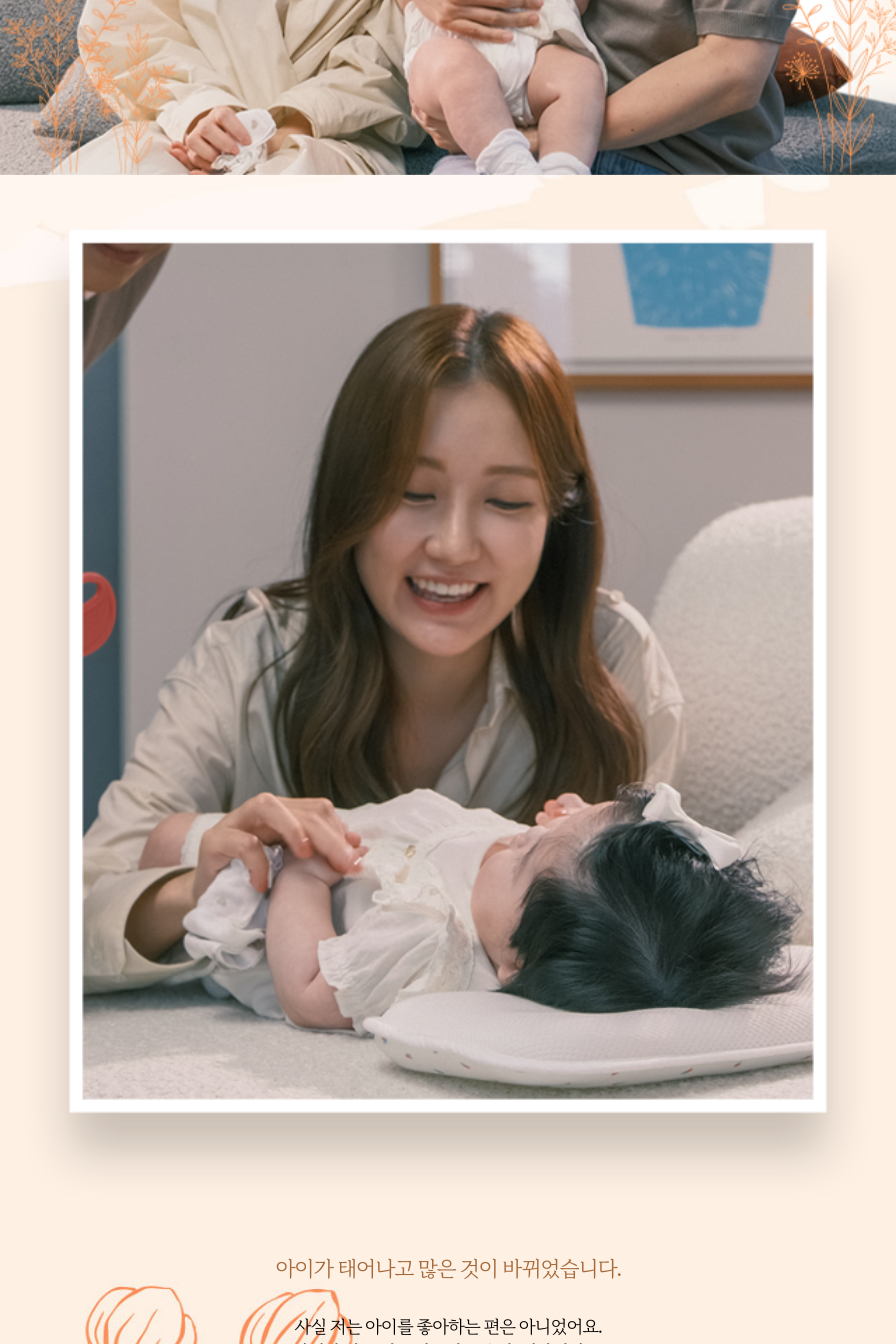
Repository: dlgywls1130/saveTheChildren_2024
Page: index.html
An editor plug-in stored every save of this project. The page is shown before and after the next save, followed by the edit.
The browser window is 1280 px wide. The pictures show the part of the page from y = 2707 to 4627 px (the page is 18760 px tall before and 18860 px after), at 70% of full size.
Some web fonts or font styles are not loaded; a fallback is used. The style sheet was rebuilt from its Sass, Less or Tailwind sources for each picture, by a compiler version that may differ from the author's.

Above is the page before, as saved 2024-11-03 23:53:10.

After the next save:
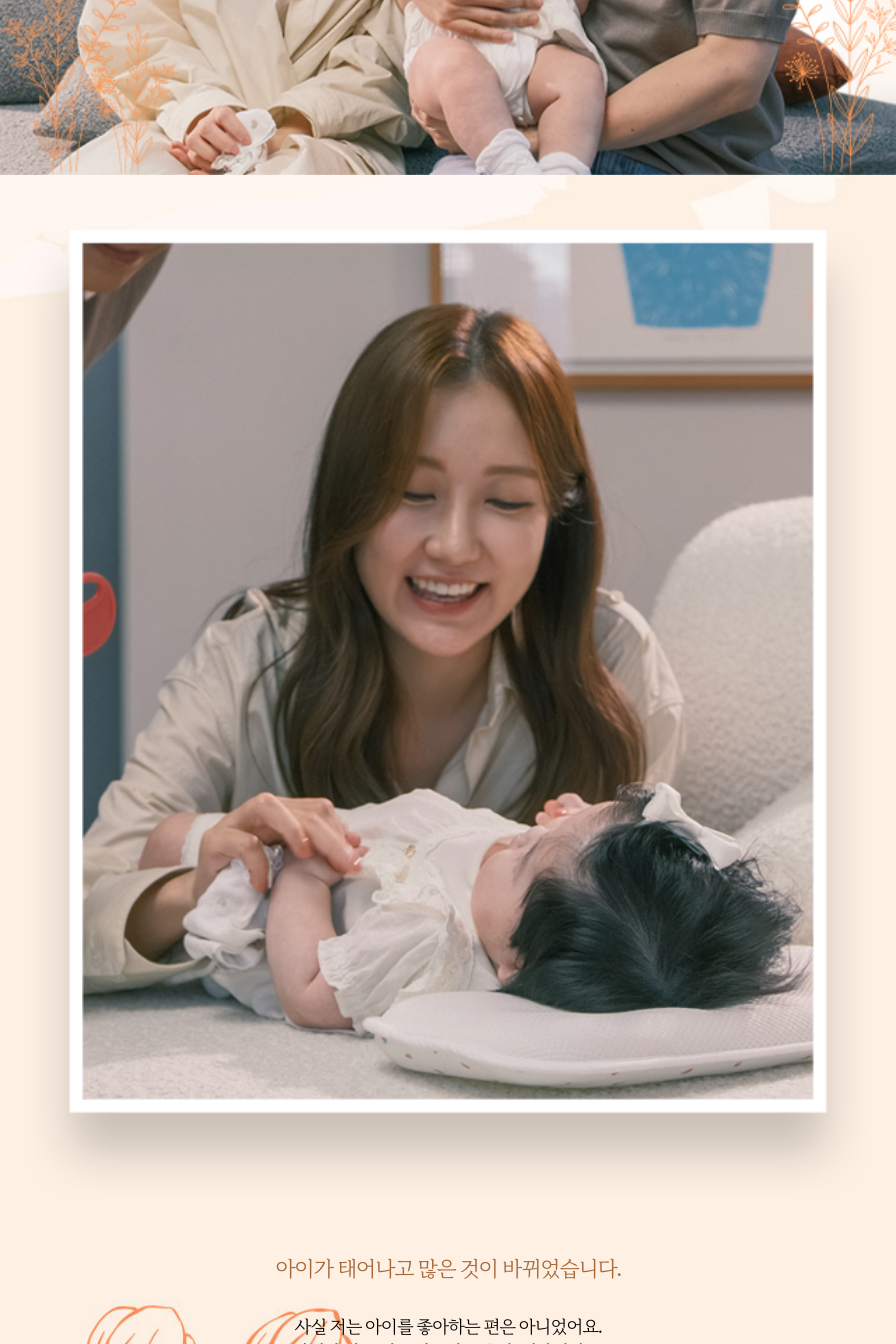
Saved 26 s later.
--- a/index.html
+++ b/index.html
@@ -232,7 +232,7 @@
                         증정하고 있습니다.
                     </p>
 
-                    <div class="swiper middle-slide">
+                    <div class="swiper middle-slide mb-100">
                         <div class="swiper-wrapper">
                             <div class="swiper-slide">
                                 <img src="/images/s6_1.png">
